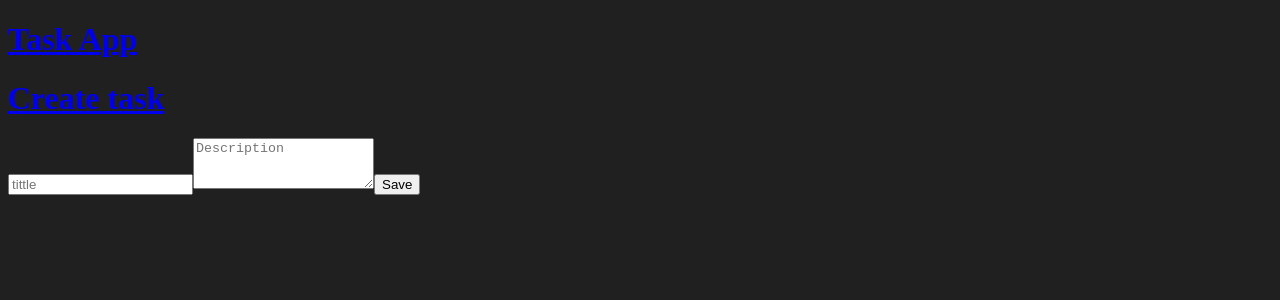
Repository: ChemsJam/django_react_api_crud
Page: /tasks-create (app in Client/)
These files come from the project's save history. The page is drawn as it stood at one moment and after the next save; the edit follows.
The browser window is 1280 px wide. The pictures show the whole page.
The project was rebuilt for these pictures with package versions that can differ from the ones it lists, and the page was loaded fresh each time. Also part of the build but not shown: Client/vite.config.js, Client/src/components/TaskCard.jsx, Client/src/components/TaksList.jsx, Client/src/pages/TasksPage.jsx.

Above is the page before, as saved 2024-07-03 20:51:06.

### Client/src/App.jsx
import { BrowserRouter, Navigate, Route, Routes } from 'react-router-dom'
import { TasksPage } from './pages/TasksPage'
import { TasksFormPage } from './pages/TaskFormPage'
import { Navigation } from './components/Navigation'

function App() {
  return (
    <BrowserRouter>
      <Navigation />
      <Routes>
        <Route path='/' element={<Navigate to="/tasks" />} />
        <Route path='/tasks' element={<TasksPage />} />
        <Route path='/tasks-create' element={<TasksFormPage />} />
        <Route path='/tasks/:id' element={<TasksFormPage />} />

      </Routes>

    </BrowserRouter>
  )
}

export default App

### Client/src/index.css
body {
  background: #202020;
  color: #FFFFFF;
}

### Client/src/pages/TaskFormPage.jsx
import {useForm} from 'react-hook-form'
import { createTask } from '../api/tasks.api'
import {useNavigate} from 'react-router-dom'
export function TasksFormPage() {

    const {
        register,
        handleSubmit,
        formState:{ errors },
    } = useForm()

    const navigate = useNavigate()

    const onSubmit = handleSubmit(async data => {
        const res = await createTask(data)
        navigate("/tasks")
    })

    return (
        <div>
        <form onSubmit={onSubmit}>
            <input type="text" placeholder="tittle"
            {...register("tittle", {required: true})}
            />
            {errors.tittle && <span>This field is required</span>}
            <textarea rows="3"
            placeholder="Description"
            {...register("description", {required: true})}
            ></textarea>
            {errors.description && <span>Description is required</span>}
            <button>Save</button>
        </form>
        </div>
    );
}

### Client/src/components/Navigation.jsx
import { Link } from "react-router-dom"

export function Navigation() {
  return (
    <div>
        <Link to="/tasks">
        <h1>
            Task App
        </h1>
        </Link>

        <Link to="/tasks-create">
        <h1>
            Create task
        </h1>
        </Link>
    </div>
  )
}

### Client/src/api/tasks.api.js
import axios from 'axios'

const taskApi = axios.create({
    baseURL: 'http://localhost:8000/tasks/api/v1/tasks/'
})

export const getAllTaks = () => taskApi.get('/');

export const createTask = (task) => taskApi.post('/', task);

Loaded but not shown: Client/index.html (common file); Client/src/main.jsx (common file)

After the next save:
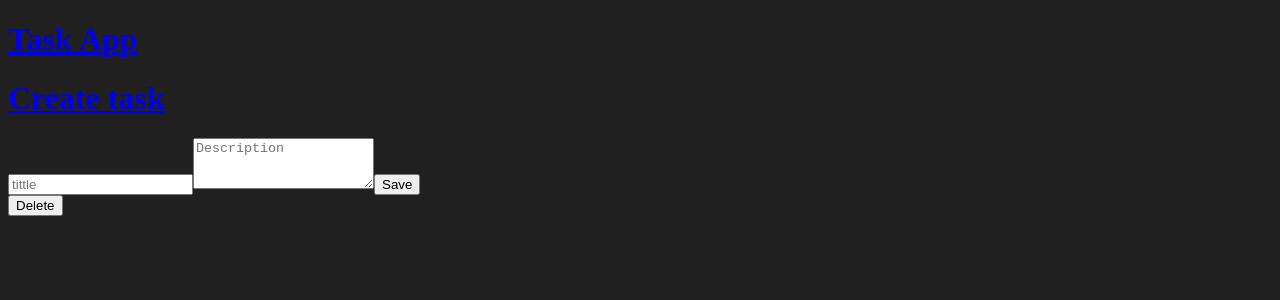
Saved 47 s later.
--- a/Client/src/pages/TaskFormPage.jsx
+++ b/Client/src/pages/TaskFormPage.jsx
@@ -30,6 +30,9 @@
             {errors.description && <span>Description is required</span>}
             <button>Save</button>
         </form>
+        <button>
+            Delete
+        </button>
         </div>
     );
 }

After the 4 saves that followed:
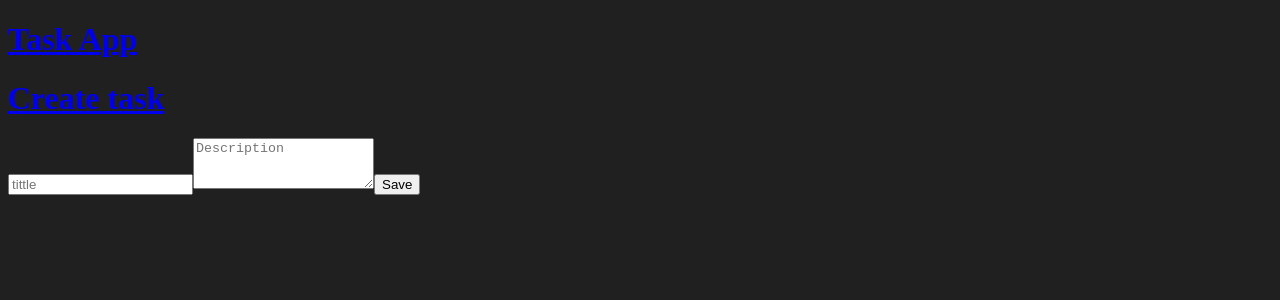
The 4 saves are shown as one change because 1 did not build or start and 2 left the picture as it was.
The last was saved 3 min 4 s later.
--- a/Client/src/pages/TaskFormPage.jsx
+++ b/Client/src/pages/TaskFormPage.jsx
@@ -1,19 +1,20 @@
 import {useForm} from 'react-hook-form'
 import { createTask } from '../api/tasks.api'
-import {useNavigate} from 'react-router-dom'
+import {useNavigate, useParams} from 'react-router-dom'
 export function TasksFormPage() {
 
     const {
         register,
         handleSubmit,
         formState:{ errors },
-    } = useForm()
+    } = useForm();
 
-    const navigate = useNavigate()
+    const navigate = useNavigate();
+    const params = useParams();
 
     const onSubmit = handleSubmit(async data => {
-        const res = await createTask(data)
-        navigate("/tasks")
+        const res = await createTask(data);
+        navigate("/tasks");
     })
 
     return (
@@ -30,9 +31,7 @@
             {errors.description && <span>Description is required</span>}
             <button>Save</button>
         </form>
-        <button>
-            Delete
-        </button>
+        {params.id && <button>Delete</button>}
         </div>
     );
 }
